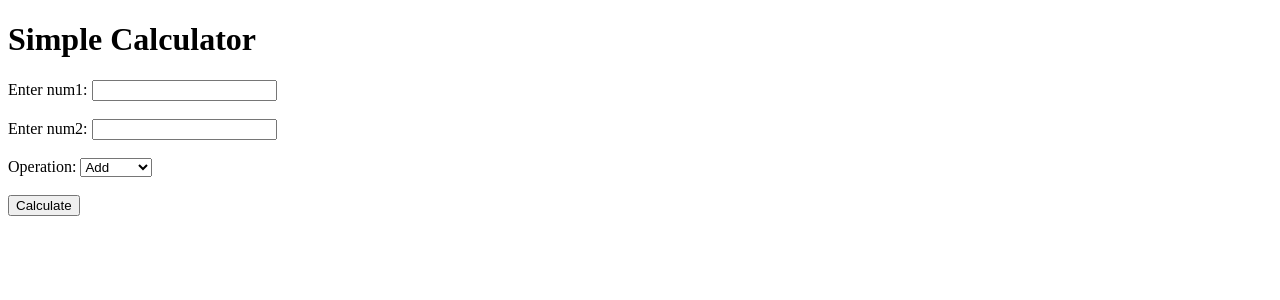
Repository: KnOX-07/eclipse-workspace
Page: CalculatorApp/src/main/webapp/index.html
These files come from the project's save history. The page is drawn as it stood at one moment and after the next save; the edit follows.
The browser window is 1280 px wide. The pictures show the whole page.

Above is the page before, as saved 2024-08-06 15:37:45.

### CalculatorApp/src/main/webapp/index.html
<!DOCTYPE html>
<html>
<head>
<meta charset="ISO-8859-1">
<title>Simple Calculator</title>
</head>
<body>
	<h1>Simple Calculator</h1>
    <form action="CalculatorServlet" method="post">
        <label for="num1">Enter num1:</label>
        <input type="text" id="num1" name="num1" required><br><br>
        <label for="num2">Enter num2:</label>
        <input type="text" id="num2" name="num2" required><br><br>
        <label for="operation">Operation:</label>
        <select id="operation" name="operation">
            <option value="+">Add</option>
            <option value="-">Subtract</option>
            <option value="*">Multiply</option>
            <option value="/">Divide</option>
        </select><br><br>
        <input type="submit" value="Calculate">
    </form>
</body>
</html>

After the next save:
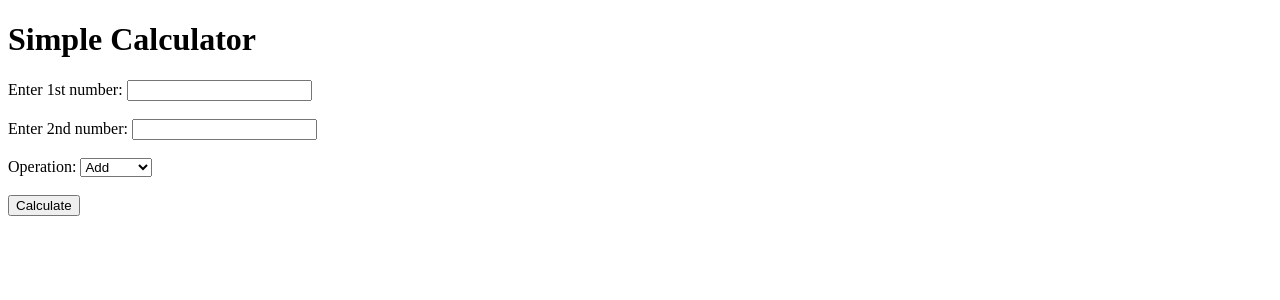
Saved 31 s later.
--- a/CalculatorApp/src/main/webapp/index.html
+++ b/CalculatorApp/src/main/webapp/index.html
@@ -7,9 +7,9 @@
 <body>
 	<h1>Simple Calculator</h1>
     <form action="CalculatorServlet" method="post">
-        <label for="num1">Enter num1:</label>
+        <label for="num1">Enter 1st number:</label>
         <input type="text" id="num1" name="num1" required><br><br>
-        <label for="num2">Enter num2:</label>
+        <label for="num2">Enter 2nd number:</label>
         <input type="text" id="num2" name="num2" required><br><br>
         <label for="operation">Operation:</label>
         <select id="operation" name="operation">

After the save that followed:
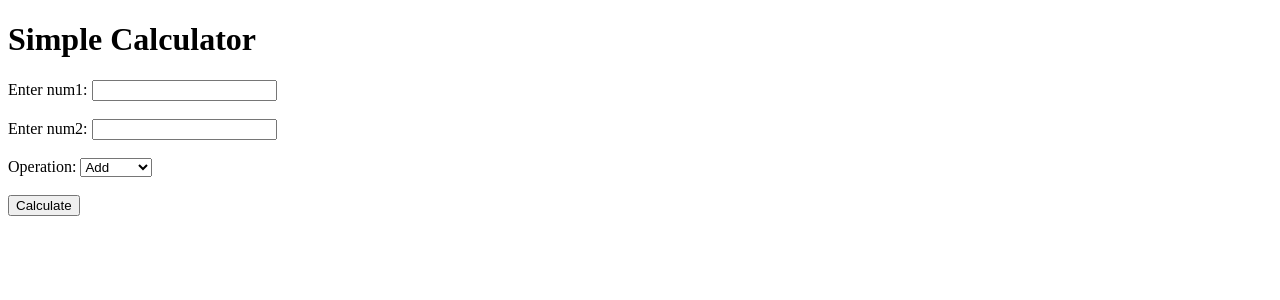
Saved 41 s later.
--- a/CalculatorApp/src/main/webapp/index.html
+++ b/CalculatorApp/src/main/webapp/index.html
@@ -7,9 +7,9 @@
 <body>
 	<h1>Simple Calculator</h1>
     <form action="CalculatorServlet" method="post">
-        <label for="num1">Enter 1st number:</label>
+        <label for="num1">Enter num1:</label>
         <input type="text" id="num1" name="num1" required><br><br>
-        <label for="num2">Enter 2nd number:</label>
+        <label for="num2">Enter num2:</label>
         <input type="text" id="num2" name="num2" required><br><br>
         <label for="operation">Operation:</label>
         <select id="operation" name="operation">
